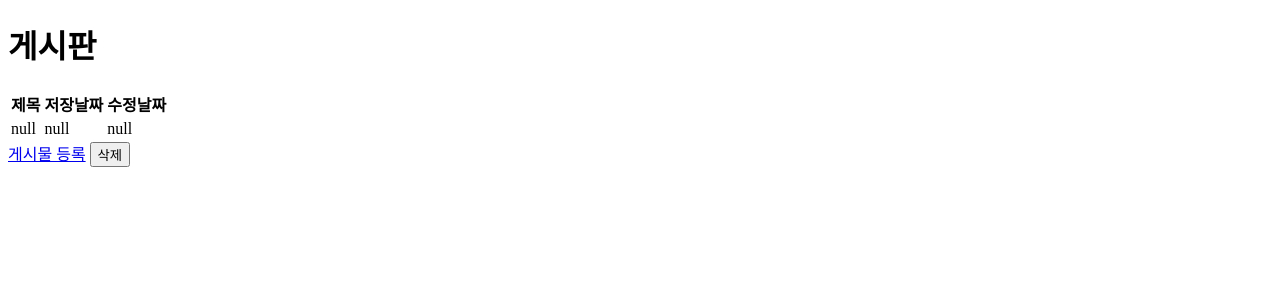
Repository: sandartchip/Board_v01
Page: http://localhost/firstjsp/list.jsp
These files come from the project's save history. The page is drawn as it stood at one moment and after the next save; the edit follows.
The browser window is 1280 px wide. The pictures show the whole page.
The page is served by Tomcat 9.

Above is the page before, as saved 2019-03-18 07:56:53.

After the next save:
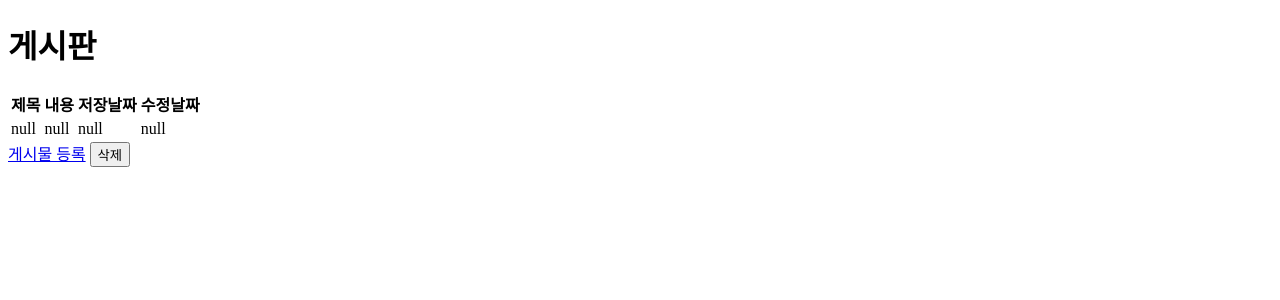
Saved 79 s later.
--- a/Board_v01/firstjsp/WebContent/list.jsp
+++ b/Board_v01/firstjsp/WebContent/list.jsp
@@ -17,11 +17,13 @@
 	<table>
 		<tr>
 			<th>제목</th>
+			<th>내용</th>
 			<th>저장날짜</th>
 			<th>수정날짜</th>
 		</tr>
 		<tr>
 			<td> <%=title %></td>
+			<td> <%=content %></td>
 			<td> <%=regDate %> </td>
 			<td> <%=modDate %> </td>
 		</tr>
